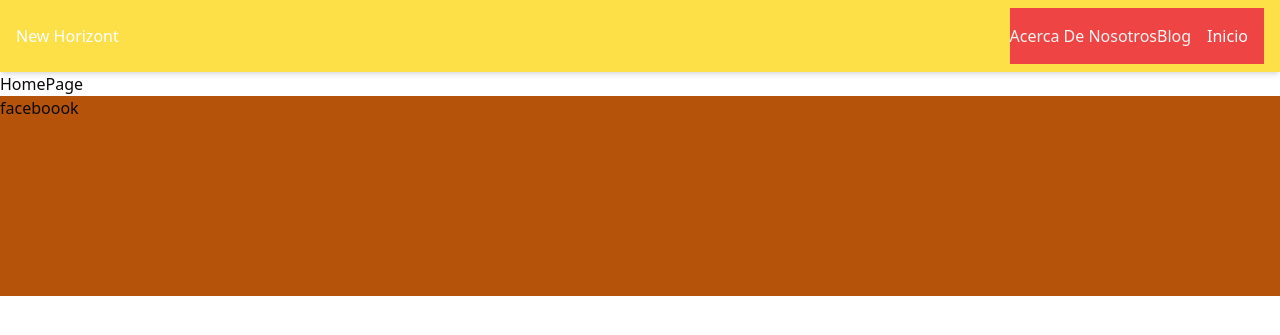
Repository: jefrydep/new-horizont-school
Page: /home
The author's editor kept a copy of each file at every save. The page is drawn from the files as they stood at one save, then again after the next save.
The browser window is 1280 px wide. The pictures show the whole page.
The project was rebuilt for these pictures with package versions that can differ from the ones it lists, and the page was loaded fresh each time. The framework's server and built-in components were replaced by stand-ins that run in the browser. Also part of the build but not shown: next.config.ts.

Above is the page before, as saved 2024-11-07 19:57:59.

After the next save:
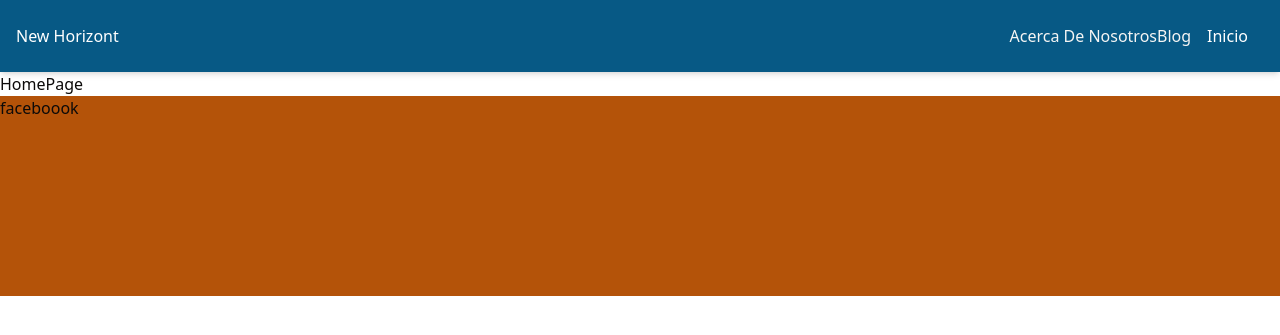
Saved 13 s later.
--- a/src/components/Navbar.tsx
+++ b/src/components/Navbar.tsx
@@ -8,9 +8,9 @@ export default function Navbar() {
 
   return (
     <header className="bg-sky-800 shadow-md  ">
-      <div className="flex justify-between items-center  bg-yellow-300 m-auto container px-4 py-2">
+      <div className="flex justify-between items-center    m-auto container px-4 py-2">
         <div className="text-white">New Horizont</div>
-        <nav className="outline-none hidden bg-red-500  sm:flex items-center  list-none">
+        <nav className="outline-none hidden    sm:flex items-center  list-none">
           <li className="text-secondary">
             <Link href={"/about"}>Acerca De Nosotros</Link>
           </li>
